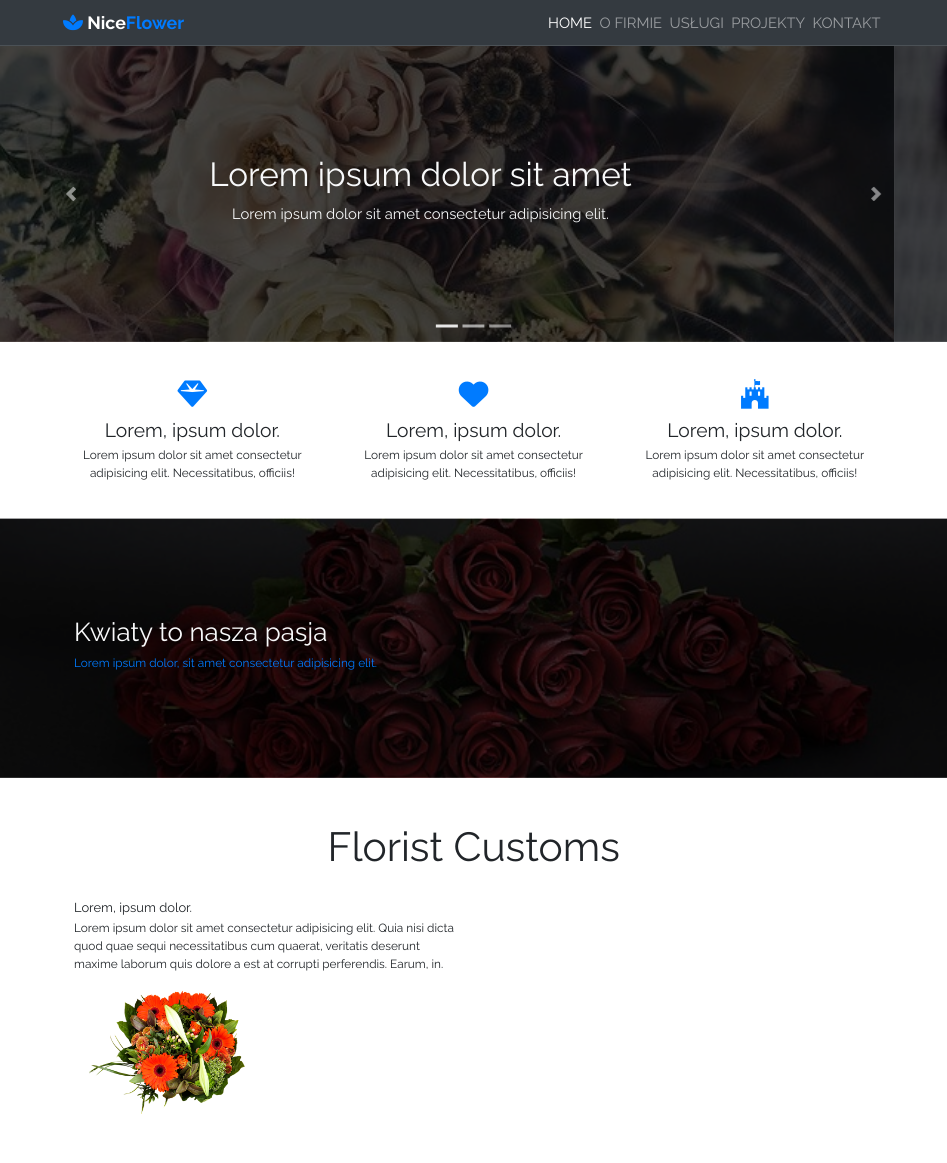
Repository: KrzysKolo/Projekt-13_Kwiaciarnia
Page: index.html
These files come from the project's save history. The page is drawn as it stood at one moment and after the next save; the edit follows.
The browser window is 1280 px wide. The pictures show the whole page, at 74% of full size.
Some web libraries are served in a nearby version.

Above is the page before, as saved 2020-08-10 01:23:33.

### index.html
<!DOCTYPE html>
<html lang="pl">
  <head>
    <meta charset="UTF-8" />
    <meta name="viewport" content="width=device-width, initial-scale=1.0" />
    <title>Nice-Flower</title>
    <script
      src="https://kit.fontawesome.com/21efeaf281.js"
      crossorigin="anonymous"
    ></script>

    <link
      rel="stylesheet"
      href="https://stackpath.bootstrapcdn.com/bootstrap/4.5.0/css/bootstrap.min.css"
      integrity="sha384-9aIt2nRpC12Uk9gS9baDl411NQApFmC26EwAOH8WgZl5MYYxFfc+NcPb1dKGj7Sk"
      crossorigin="anonymous"
    />
    <link
      href="https://fonts.googleapis.com/css2?family=Raleway:wght@400;700&display=swap"
      rel="stylesheet"
    />
    <link rel="stylesheet" href="style.css" />
  </head>
  <body>
    <nav class="navbar navbar-expand-lg navbar-dark bg-dark py-3">
      <div class="container">
        <a class="navbar-brand" href="#"
          ><i class="fas fa-spa text-primary"></i> Nice<span
            class="text-primary"
            >Flower</span
          ></a
        >
        <button
          class="navbar-toggler border-0"
          type="button"
          data-toggle="collapse"
          data-target="#navbarNavAltMarkup"
          aria-controls="navbarNavAltMarkup"
          aria-expanded="false"
          aria-label="Toggle navigation"
        >
          <i class="fas fa-bars px-4"></i>
        </button>
        <div class="collapse navbar-collapse" id="navbarNavAltMarkup">
          <div class="navbar-nav ml-auto">
            <a class="nav-link active" href="#"
              >Home <span class="sr-only">(current)</span></a
            >
            <a class="nav-link" href="abouteus.html">O firmie</a>
            <a class="nav-link" href="services.html">Usługi</a>
            <a class="nav-link" href="projects.html">Projekty</a>
            <a class="nav-link" href="contact.html">Kontakt</a>
          </div>
        </div>
      </div>
    </nav>

    <!-- HEADER -->
    <header>
      <div
        id="carouselExampleCaptions"
        class="carousel slide"
        data-ride="carousel"
      >
        <ol class="carousel-indicators">
          <li
            data-target="#carouselExampleCaptions"
            data-slide-to="0"
            class="active"
          ></li>
          <li data-target="#carouselExampleCaptions" data-slide-to="1"></li>
          <li data-target="#carouselExampleCaptions" data-slide-to="2"></li>
        </ol>
        <div class="carousel-inner text-dark text-center">
          <div class="carousel-item carousel-img-one active">
            <div
              class="carousel-text h-100 p-5 d-flex flex-column justyfy-content-end justify-content-md-center align-items-center"
            >
              <div class="hero-shadow"></div>
              <p class="display-3 text-light">Lorem ipsum dolor sit amet</p>
              <p class="d-none d-sm-block text-light">
                Lorem ipsum dolor sit amet consectetur adipisicing elit.
              </p>
            </div>
          </div>
          <div class="carousel-item carousel-img-two">
            <div
              class="carousel-text h-100 p-5 d-flex flex-column justyfy-content-end justify-content-md-center align-items-center"
            >
              <div class="hero-shadow"></div>
              <p class="display-3 text-light">Lorem ipsum dolor sit amet</p>
              <p class="d-none d-sm-block text-light">
                Lorem ipsum dolor sit amet consectetur adipisicing elit.
              </p>
            </div>
          </div>
          <div class="carousel-item carousel-img-three">
            <div
              class="carousel-text h-100 p-5 d-flex flex-column justyfy-content-end justify-content-md-center align-items-center"
            >
              <div class="hero-shadow"></div>
              <p class="display-3 text-light">Lorem ipsum dolor sit amet</p>
              <p class="d-none d-sm-block text-light">
                Lorem ipsum dolor sit amet consectetur adipisicing elit.
              </p>
            </div>
          </div>
        </div>
        <a
          class="carousel-control-prev"
          href="#carouselExampleCaptions"
          role="button"
          data-slide="prev"
        >
          <span class="carousel-control-prev-icon" aria-hidden="true"></span>
          <span class="sr-only">Previous</span>
        </a>
        <a
          class="carousel-control-next"
          href="#carouselExampleCaptions"
          role="button"
          data-slide="next"
        >
          <span class="carousel-control-next-icon" aria-hidden="true"></span>
          <span class="sr-only">Next</span>
        </a>
      </div>
    </header>

    <!-- MAIN -->
    <main>
      <section class="home-boxes">
        <div class="container text-center">
          <div class="row">
            <div class="col-md-4 home-box mb-5 mb-md-0">
              <i class="fas fa-gem mb-4 text-primary"></i>
              <h3>Lorem, ipsum dolor.</h3>
              <p class="m-0">
                Lorem ipsum dolor sit amet consectetur adipisicing elit.
                Necessitatibus, officiis!
              </p>
            </div>
            <div class="col-md-4 home-box mb-5 mb-md-0">
              <i class="fas fa-heart mb-4 text-primary"></i>
              <h3>Lorem, ipsum dolor.</h3>
              <p class="m-0">
                Lorem ipsum dolor sit amet consectetur adipisicing elit.
                Necessitatibus, officiis!
              </p>
            </div>
            <div class="col-md-4 home-box mb-5 mb-md-0">
              <i class="fab fa-fort-awesome mb-4 text-primary"></i>
              <h3>Lorem, ipsum dolor.</h3>
              <p class="m-0">
                Lorem ipsum dolor sit amet consectetur adipisicing elit.
                Necessitatibus, officiis!
              </p>
            </div>
          </div>
        </div>
      </section>

      <section class="home-passion">
        <div class="hero-shadow"></div>
        <div class="row m-0 h-100 align-items-center text-light">
          <div class="col">
            <div class="container p-5">
              <p class="display-4">Kwiaty to nasza pasja</p>
              <p class="text-primary">
                Lorem ipsum dolor, sit amet consectetur adipisicing elit.
              </p>
            </div>
          </div>
        </div>
      </section>
      <section class="home-brand py-5">
        <p class="display-2 text-center pt-5 px-3">Florist Customs</p>
        <div class="container py-5">
          <div class="row m-0 align-items-center">
            <div class="col-md-6">
              <h3>Lorem, ipsum dolor.</h3>
              <p>
                Lorem ipsum dolor sit amet consectetur adipisicing elit. Quia
                nisi dicta quod quae sequi necessitatibus cum quaerat, veritatis
                deserunt maxime laborum quis dolore a est at corrupti
                perferendis. Earum, in.
              </p>
              <div class="col-md-6">
                <img src="./img/b9m.png" alt="bukiet" class="img-fluid" />
              </div>
            </div>
          </div>
        </div>
      </section>
    </main>
    <script
      src="https://code.jquery.com/jquery-3.5.1.slim.min.js"
      integrity="sha384-DfXdz2htPH0lsSSs5nCTpuj/zy4C+OGpamoFVy38MVBnE+IbbVYUew+OrCXaRkfj"
      crossorigin="anonymous"
    ></script>
    <script
      src="https://cdn.jsdelivr.net/npm/popper.js@1.16.0/dist/umd/popper.min.js"
      integrity="sha384-Q6E9RHvbIyZFJoft+2mJbHaEWldlvI9IOYy5n3zV9zzTtmI3UksdQRVvoxMfooAo"
      crossorigin="anonymous"
    ></script>
    <script
      src="https://stackpath.bootstrapcdn.com/bootstrap/4.5.0/js/bootstrap.min.js"
      integrity="sha384-OgVRvuATP1z7JjHLkuOU7Xw704+h835Lr+6QL9UvYjZE3Ipu6Tp75j7Bh/kR0JKI"
      crossorigin="anonymous"
    ></script>
  </body>
</html>

### style.css
* {
  box-sizing: border-box;
  margin: 0;
  padding: 0;
}
html {
  font-size: 62.5%;
}
body {
  font-family: "Raleway", sans-serif;
  font-size: 1.6rem;
}
.hero-shadow {
  position: absolute;
  top: 0;
  width: 100%;
  height: 100%;
  background-color: rgba(0, 0, 0, 0.7);
  z-index: -1;
}
/* ----------- */
/*  nawigacja  */
/* ----------- */
nav {
  font-size: 2rem;
  text-transform: uppercase;
}
.navbar-toggler {
  font-size: 3rem;
}
.navbar-brand {
  font-size: 2.4rem;
  font-weight: bold;
  text-transform: none;
}
/* ----------- */
/*    header   */
/* ----------- */
header {
  font-size: 2rem;
}
.carousel-item {
  position: relative;
  height: 400px;
  background-position: center;
  background-size: cover;
  z-index: 0;
}
.carousel-img-one {
  background-image: url("./img/b1m.jpg");
}
.carousel-img-two {
  background-image: url("./img/b2m.jpg");
}
.carousel-img-three {
  background-image: url("./img/b4m.jpg");
}
/* ----------- */
/*     main    */
/* ----------- */
.home-boxes {
  padding: 5rem 0;
}
.home-box i {
  font-size: 4rem;
}
.home-box h3 {
  font-size: 2.6rem;
}
/* ----------- */
.home-passion {
  position: relative;
  height: 350px;
  background-image: url("./img/b8m.jpg");
  background-position: center;
  background-size: cover;
  z-index: 0;
}

@media (min-width: 1400px) {
  .carousel-item {
    height: 600px;
  }
  .carousel-img-one {
    background-image: url("./img/b1.jpg");
  }
  .carousel-img-two {
    background-image: url("./img/b2.jpg");
  }
  .carousel-img-three {
    background-image: url("./img/b4.jpg");
  }
}

After the next save:
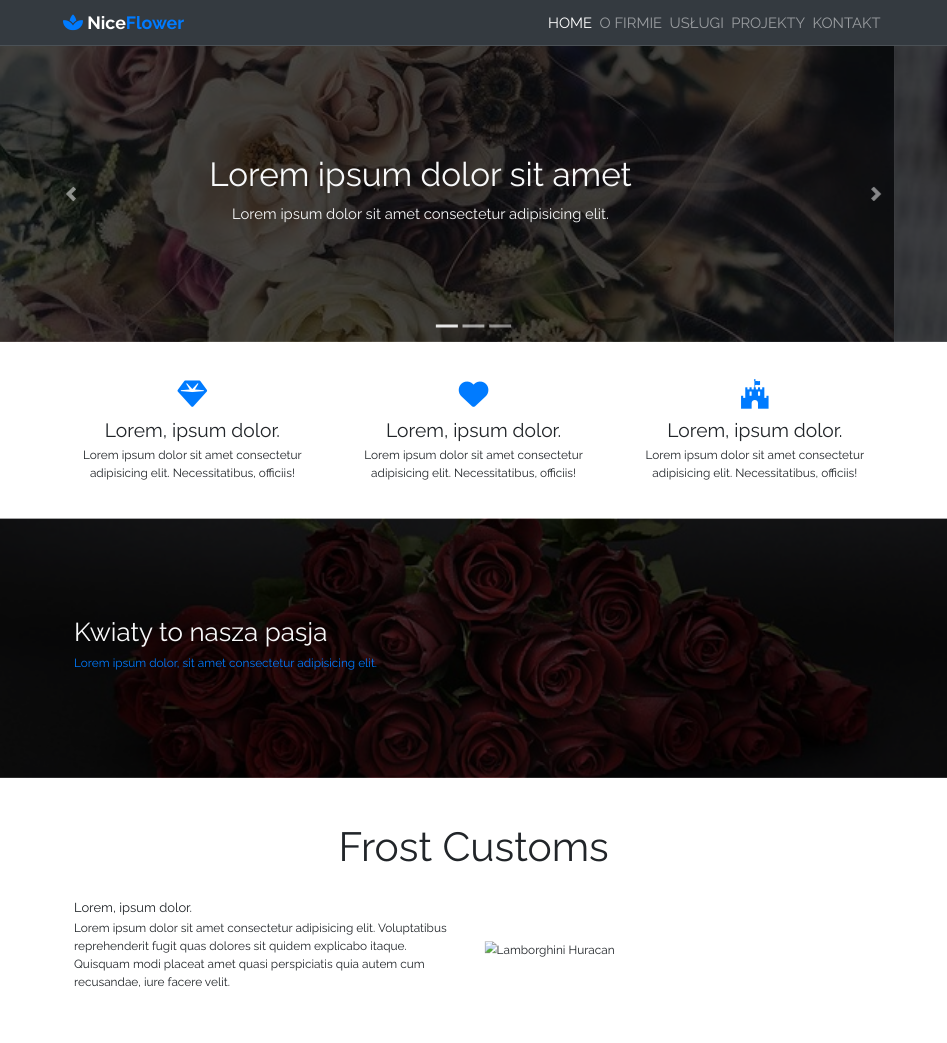
Not found: img/home-brand.png
Saved 5 min 25 s later.
--- a/index.html
+++ b/index.html
@@ -174,20 +174,24 @@
         </div>
       </section>
       <section class="home-brand py-5">
-        <p class="display-2 text-center pt-5 px-3">Florist Customs</p>
+        <p class="display-2 text-center pt-5 px-3">Frost Customs</p>
         <div class="container py-5">
           <div class="row m-0 align-items-center">
             <div class="col-md-6">
               <h3>Lorem, ipsum dolor.</h3>
               <p>
-                Lorem ipsum dolor sit amet consectetur adipisicing elit. Quia
-                nisi dicta quod quae sequi necessitatibus cum quaerat, veritatis
-                deserunt maxime laborum quis dolore a est at corrupti
-                perferendis. Earum, in.
-              </p>
-              <div class="col-md-6">
-                <img src="./img/b9m.png" alt="bukiet" class="img-fluid" />
-              </div>
+                Lorem ipsum dolor sit amet consectetur adipisicing elit.
+                Voluptatibus reprehenderit fugit quas dolores sit quidem
+                explicabo itaque. Quisquam modi placeat amet quasi perspiciatis
+                quia autem cum recusandae, iure facere velit.
+              </p>
+            </div>
+            <div class="col-md-6">
+              <img
+                src="./img/home-brand.png"
+                alt="Lamborghini Huracan"
+                class="img-fluid"
+              />
             </div>
           </div>
         </div>

After the save that followed:
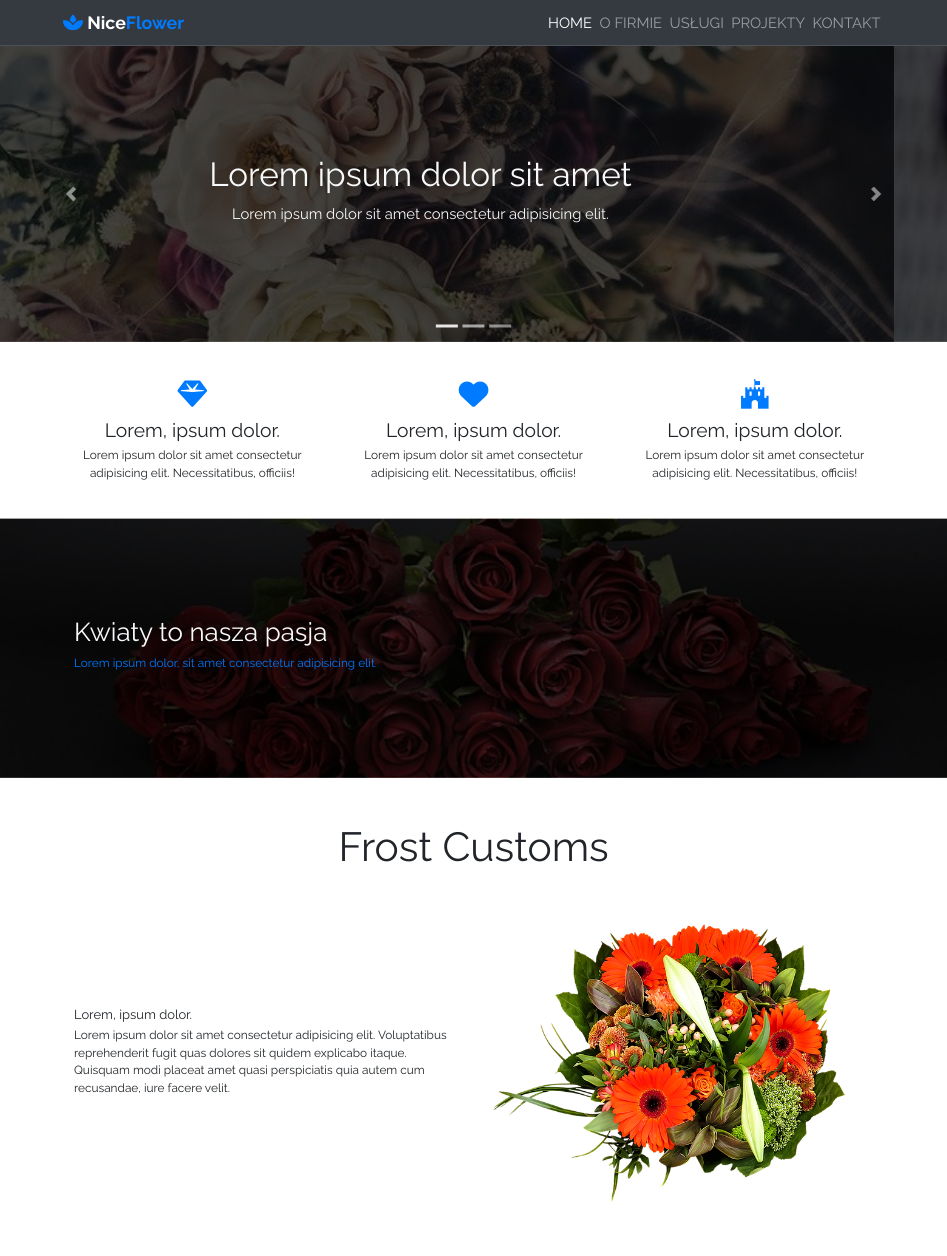
Saved 25 s later.
--- a/index.html
+++ b/index.html
@@ -187,11 +187,7 @@
               </p>
             </div>
             <div class="col-md-6">
-              <img
-                src="./img/home-brand.png"
-                alt="Lamborghini Huracan"
-                class="img-fluid"
-              />
+              <img src="./img/b9m.png" alt="bukiet" class="img-fluid" />
             </div>
           </div>
         </div>
